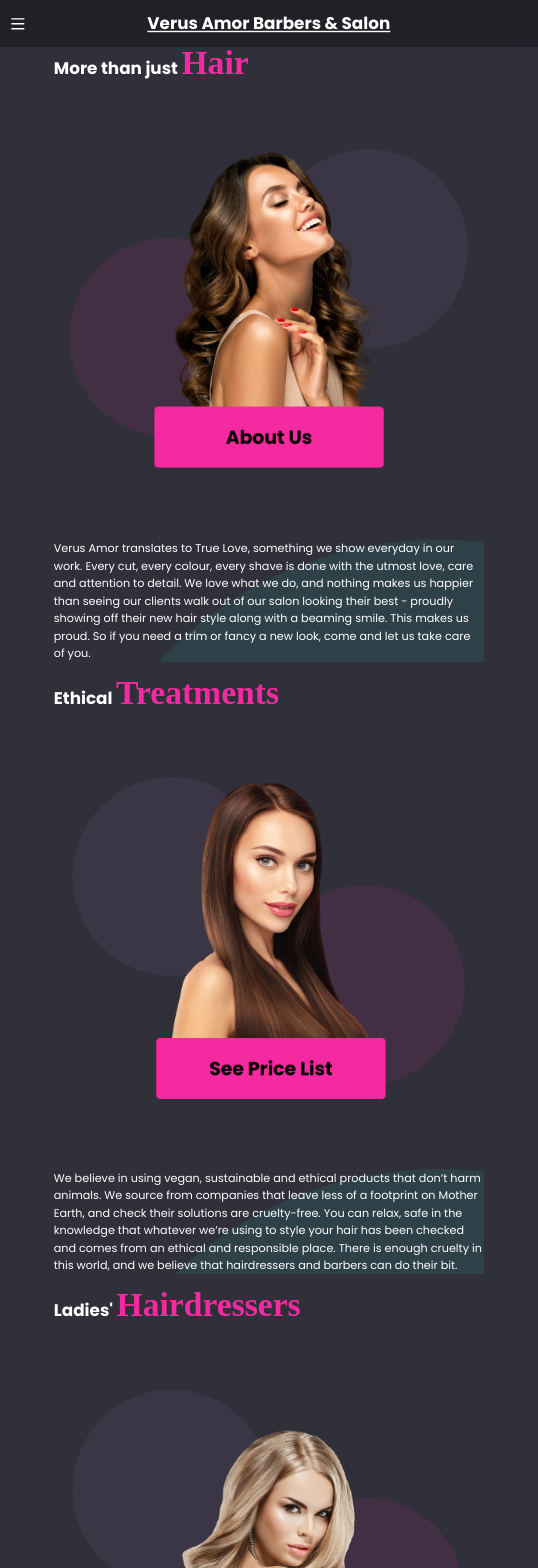
Repository: Troy-Bolt/verustroy-
Page: index.html
An editor plug-in stored every save of this project. The page is shown before and after the next save, followed by the edit.
The browser window is 768 px wide. The pictures show the part of the page from y = 0 to 2240 px (the page is 8839 px tall before and 6437 px after), at 70% of full size.
Backgrounds fixed to the window are drawn as part of the page. Some web fonts or font styles are not loaded; a fallback is used.

Above is the page before, as saved 2022-04-27 08:57:42.

### index.html
<!DOCTYPE html>
<html lang="en">

<head>
    <meta charset="UTF-8">
    <meta http-equiv="X-UA-Compatible" content="IE=edge">
    <meta name="viewport" content="width=device-width, initial-scale=1.0">
    <title>Verus Amor</title>
    <link rel="stylesheet" href="/CSS/style.css">
    <script defer src="navbar.js"></script>
    <link href="https://fonts.googleapis.com/icon?family=Material+Icons" rel="stylesheet">
</head>

<body>
    <header>
        <h1 class="logo"><a class="current" href="/index.html" class="homepage-link">Verus Amor Barbers & Salon</a></h1>
        <input type="checkbox" name="" id="nav-toggle" class="nav-toggle">
        <nav>
            <ul class="size">
                <li><a href="/treatments.html">Treatments & Prices</a></li>
                <li><a href="/team.html">Team & Salon</a></li>
                <li><a href="/contact.html">Contact Us</a></li>
            </ul>
        </nav>
        <label for="nav-toggle" class="nav-toggle-label">
            <span></span>
        </label>
    </header>
    <div class="container">
        <h1 id="top-space">More than just <span>Hair</span></h1>

        <div class="row">

           <a class="colb" href=""><img src="img/AboutUs.png" alt="" class="col"></a>
            <p class="test text col">Verus Amor translates to True Love, something we show everyday in our work. Every
                cut,
                every colour, every shave is done with the utmost love, care and attention to detail. We love what we
                do,
                and nothing makes us happier than seeing our clients walk out of our salon looking their best - proudly
                showing off their new hair style along with a beaming smile. This makes us proud. So if you need a trim
                or
                fancy a new look, come and let us take care of you.</p>
        </div>

        <h1>Ethical <span>Treatments</span></h1>
        <div class="row">

            <img src="img/EthTreatments.png" alt="">
            <p class="test text col left-side">We believe in using vegan, sustainable and ethical products that don’t harm
                animals. We
                source from companies that leave less of a footprint on Mother Earth, and check their solutions are
                cruelty-free. You can relax, safe in the knowledge that whatever we’re using to style your hair has been
                checked and comes from an ethical and responsible place. There is enough cruelty in this world, and we
                believe that hairdressers and barbers can do their bit.</p>
        </div>
        <h1>Ladies' <span>Hairdressers</span></h1>
        <div class="row">
            <img src="img/MeetDonna.png" alt="">
            <p class="test text col">
                Donna has over two decades of experience cutting, colouring & styling ladies’ hair, with qualifications,
                accreditations & certifications covering everything from the basics of styling to more complex
                treatments. Skilled in blended ombré style & free-hand painted balayage colour techniques, & certified
                for OLAPLEX bond-building technology, this senior stylist is highly skilled in modern and traditional
                hairdressing, offering bespoke service to each client.
            </p>
        </div>
        <h1>Gents' <span>Barber</span></h1>
        <div class="row">
            <img src="img/MeetCarl.png" alt="">
            <p class="test text col">
                Master Barber Carl has been crafting fresh, stylish looks for men since before the millennium, & has a
                wealth of experience to help his clients in the barber’s chair. Beards, nasal hair, eyebrows, sideburns,
                modern, classic & traditional hairstyles - whatever the hair, he’ll help you make the most of it &
                ensure you leave feeling like a new man. His purpose in life is to make men look & feel great, and there
                isn’t a style or technique he hasn’t mastered.
            </p>
        </div>
        <h1>Booking <span>Appointments</span></h1>
        <div class="row">
            <img src="img/ContactUs.png" alt="">
            <p class="test text col">
                We recommend booking appointments in advance, but we also welcome walk-ins. If you like to have your
                hair done regularly and prefer a certain day of the month then we can make you a regular appointment. If
                you don’t mind sitting in our waiting area while we take care of someone’s hair style, you can enjoy
                watching us do what we do best while sitting in our waiting area, enjoy looking through styling
                magazines or join-in with the conversation.
            </p>
        </div>
        <h1>Special <span>Offers</span></h1>
        <div class="row">
            <img src="img/OurOffers.png" alt="">
            <p class="test text col">
                We hope our service and the quality of our cuts and styling are enough to keep you coming back for more,
                but we also like to reward your loyalty, so we run a generous loyalty scheme. We also recognise that
                senior citizens have earned the right to some friendly pricing, while children generally have smaller
                heads and parents have limited budgets, so we provide special prices for children under 12, plus those
                lucky enough to be enjoying their pension.
            </p>
        </div>
        <h1>Specialist <span>Products</span></h1>
        <div class="row">
            <img src="img/Services&Prices.png" alt="">
            <p class="test text col">
                Experience teaches us that using premium products doesn’t have to cost a fortune, but makes a big
                difference to the quality and the desired outcome, so we source the very best products to help us do our
                job properly, and make you look amazing. We are accredited and trained on some of the world’s most
                exciting brands, including OLAPLEX, PULP RIOT and FUDGE. We use these products on you in the salon &
                barbers, also offering them to clients.
            </p>
        </div>
    </div>
    <div class="container">
        <img src="img/ProductBanner.png" alt="" class="full-width">
        <div class="full-width reviews">
            <div class="tests">
                <h1>Our <span>Reviews</span></h1>
            </div>
        </div>
        <div class="carousel">
            <div class="slider">
                <section class="test-1">Always a friendly, professional experience with good advice and prices</section>
                <section class="test-1">Great cut, priced reasonably and lovely people</section>
                <section class="test-1">my wife used the salon  & is very pleased with results</section>
                <section class="test-1">Very nice couple</section>
            </div>
            <div class="control">
                <span class="arrow left">
                    <i class="material-icons">
                        keyboard_arrow_left
                    </i>
                </span>
                <span class="arrow right">
                    <i class="material-icons">
                        keyboard_arrow_right
                    </i>
                </span>
                <ul>
                    <li class="selected"></li>
                    <li></li>
                    <li></li>
                    <li></li>
                </ul>
            </div>
        </div>
    </div>
    <div class="container">
        <h1>Get <span>Directions</span></h1>
        <div class="row">
            <img src="img/FindUs.png" alt="">
            <p class="test text col">
                Experience teaches us that using premium products doesn’t have to cost a fortune, but makes a big
                difference to the quality and the desired outcome, so we source the very best products to help us do our
                job properly, and make you look amazing. We are accredited and trained on some of the world’s most
                exciting brands, including OLAPLEX, PULP RIOT and FUDGE. We use these products on you in the salon &
                barbers, also offering them to clients.
            </p>
        </div>
    </div>
    <iframe
        src="https://www.google.com/maps/embed?pb=!1m14!1m8!1m3!1d2412.6754060766534!2d0.735687!3d52.792161!3m2!1i1024!2i768!4f13.1!3m3!1m2!1s0x0%3A0xb57b11c6038ff279!2sVerus%20Amor%20Barbers%20%26%20Ladies%20Salon!5e0!3m2!1sen!2suk!4v1649070369054!5m2!1sen!2suk"
        width="100%" height="600" style="border:0;" allowfullscreen="" loading="lazy"
        referrerpolicy="no-referrer-when-downgrade"></iframe>


    </div>

    <div class="footer">
    <div class="row">
        <div class="grid">
            <h1 class="grid-main">.</h1>
        </div>
        <div class="gridA">

            <span class="foot">Twitter</span>
            <span class="foot">Facebook</span>

        </div>


   </div>


<div class="row">
    <div class="gridS"></div>
    <div class="gridB">
        <p>01328 633037</p>
        <p>Verus Amor Barbers & Ladies Salon</p>
        <p>The Kiptons, Blenheim Square, West Raynham, NR21 7PA</p>
    </div>
</div>
</body>
<script src="carousel.js"></script>

</html>

### CSS/style.css
@import url('https://fonts.googleapis.com/css2?family=Poppins:ital,wght@0,100;0,200;0,300;0,400;0,500;0,600;0,700;0,800;0,900;1,100;1,200;1,300;1,400;1,500;1,600;1,700;1,800;1,900&family=WindSong:wght@400;500&display=swap');


*, *::before, *::after {
    box-sizing: border-box;
}

/* html,body {
    width: 100%;
    height: 100%;
    padding: 0;
    overflow-x: hidden;
} */

body {
    margin: 0;
    background-color: #2F303A;
    color: #fff;
    font-family: Poppins;
}

#top-space {
    margin-top: 2.6em;
}

.container {
    width: 80%;
    max-width: 1400px;
    margin: 0 auto;
}

h1 {
    font-size: 1.5rem;
}

span {
    color: #F62AA0;
    font-size: 3rem;
}

.test {

    background-image: url('/img/HomePageTextBubble.png');

}


img {
    max-width: 100%;
    width: 50%;
    object-fit:scale-down;
}

.colb{
    max-width: 100%;
}
.text {
    align-self: center;
}

@media (min-width: 800px) {
    .row {
        display: flex;
        justify-content: space-between;
    }
}

@media (max-width: 800px) {
    img {
        width: 100%;
    }
}

span {
    font-family: 'WindSong', cursive;
}

.full-width {
    width: 100%;
}

.footer {
    /* background-image: url('/img/Footer.png'); */
    width: 100%;
    background-size: contain;
    background-repeat: no-repeat ;
    /* padding-top: 2.5em; */
    /* padding: 2.5em; */
}

@import url('https://fonts.googleapis.com/icon?family=Material+Icons');

.carousel {
    height: 600px;
    overflow: hidden;
    position: relative;
    border-radius: 5px;
    box-shadow: 0 0 4px rgba(0, 0, 0, 0.2), 0 4px 10px rgba(0, 0, 0, 0.1);
  }
  .slider {
    display: flex;
    height: 100%;
    width: 400%;
  }
  .slider section {
    flex-basis: 100%;
    justify-content: center;
    align-items: center;
    display: flex;
    font-size: 20px;
  }
  .left, .right {
    position: absolute;
    top: 50%;
    transform: translateY(-50%);
    cursor: pointer;
  }
  .arrow i {
    font-size: 70px;
    -webkit-user-select: none;
    color: #CDCDCD;
  }
  .left {
    left: 10px;
  }
  .right {
    right: 10px;
  }
  .control ul {
    list-style: none;
    display: flex;
    position: absolute;
    bottom: 0;
    left: 50%;
    margin: 0;
    padding: 0;
    transform: translate(-50%);
  }
  .control ul li {
    width: 10px;
    height: 10px;
    background: #333;
    border: 2px solid #333;
    border-radius: 50px;
    margin: 10px;
    cursor: pointer;

  }
  .control ul li.selected {
    background: transparent;
  }

  .test-1 {
      background-image: url(../img/Choosing-1.png);
      background-repeat: no-repeat;
      background-attachment: fixed;
      background-size: cover;
  }


@media (max-width: 600px) {
    .test-1{
        padding-left:4rem;
        padding-right:2rem;
    }

    .test-2{
        padding-left:4rem;
        padding-right:2rem;
    }
}




.reviews h1 {
    margin: 0;
}


/* nav */

.logo {
    font-size: 1.5rem;
    }

    header {
        background: #202027;
        text-align: center;
        position: fixed;
        z-index: 999;
        width: 100%;
        top: 0;
    }

    .nav-toggle {
        display: none;
    }

    .nav-toggle-label {
        position: absolute;
        top: 0;
        left: 0;
        margin-left: 1em;
        height: 100%;
        display: flex;
        align-items: center;
    }

    .nav-toggle-label span,
    .nav-toggle-label span::before,
    .nav-toggle-label span::after {
        display: block;
        background: #fff;
        height: 2px;
        width: 0.4em;
        border-radius: 2px;
        position: relative;
    }

    .nav-toggle-label span::before,
    .nav-toggle-label span::after {
        content: '';
        position: absolute;
    }

    .nav-toggle-label span::before {
        bottom: 7px;
    }
    .nav-toggle-label span::after {
        top: 7px;
    }

    nav {
        position: absolute;
        text-align: left;
        top: 100%;
        left: 0;
        background: #202027;
        width: 100%;
        transform: scale(1, 0);
        transform-origin: top;
        transition: transform 400ms ease-in-out;
    }

    nav ul {
        margin: 0;
        padding: 0;
        list-style: none;
    }

    nav li {
        margin-bottom: 1em;
        margin-left: 1em;
    }

    nav a {
        color: white;
        text-decoration: none;
        font-size: 1rem;
        opacity: 0;
        transition: opacity 150ms ease-in-out;
    }

    nav a:hover {
    color: gold;
    }

    .current {
        color: #fff;
    }

    li a:is(:link,:active).active {
        background-color: #443144;
        padding: 1.5rem;
        color: #443144;
    }
    a:is(:link,:active).active {
        color: gold;
    }

    nav:visited{
        text-decoration: none;
    }

    .nav-toggle:checked ~ nav{
    transform: scale(1, 1);
    }

    .nav-toggle:checked ~ nav a {
        opacity: 1;
        transition: opacity 250ms ease-in-out 250ms;
    }

    @media screen and (min-width: 1000px) {
        .nav-toggle-label {
            display: none;
        }
        header {
            display: grid;
            grid-template-columns: 1fr auto minmax(600px, 3fr) 1fr;
        }
        .logo {
            grid-column: 2 / 3;
        }
        nav {
            all: unset;
            grid-column: 3 / 4;
            display: flex;
            justify-content: flex-end;
            align-items: center;
        }
        nav a {
            opacity: 1;
            position: relative;
        }
        nav a::before {
            content: ' ';
            display: block;
            height: 5px;
            background: #DFAF1F;
            position: absolute;
            top: -.75em;
            left: 0;
            right: 0;
            transform: scale(0, 1);
            transition: transform ease-in-out 250ms;
        }
        nav a:hover::before {
            transform: scale(1, 1);
        }
        nav ul {
            display: flex;
            justify-content: flex-end;
        }
        nav li {
            margin-left: 3em;
            margin-bottom: 0;
        }
    }

    @media (min-width: 1900px) {
    .logo {
        font-size: 3rem;
    }
    nav a {
        font-size: 1.5rem;
    }
}

    /* @media (min-width: 0px) {
        p { font-size: 1rem; }
        h4 { font-size: 1.5rem; }
        h3 { font-size: 2rem; }
        h2 {font-size: 2.5rem}
        h1 {font-size: 3rem}
        span { font-size: 5rem}
      }

      @media (min-width: 400px) {
        p { font-size: calc(1rem + 1vw); }
        h4 { font-size: calc(1.5rem + 1vw);}
        h3 { font-size: calc(2rem + 1vw);}
        h2 { font-size: calc(2.5rem + 1vw);}
        h1 { font-size: calc(3rem + 1vw);}
        span { font-size: calc(5rem + 1vw);}
      }

      @media (min-width: 1001px){
        p { font-size: 1.75rem; }
        h4 { font-size: 1.75; }
        h3 {font-size: 2.75rem;}
        h2 { font-size: 3.75rem;}
        h1 {font-size: 4.25rem;}
        span {font-size: 6.25rem;}
      } */


      .img-centered {
          width: 100%;
      }

      .space {
          margin-bottom: 4em;
      }

      .pink-text {
          font-size:6rem;
      }

      .footer-layout {
          display: grid;
          grid-auto-rows: repeat(3, 1fr);

      }

      .footer{
        background-image: url('/img/Footer.png');
        width: 100%;
        background-size: cover;
      }

   @media(max-width:400px){
       .footer{
        background-image: url('/img/Footer.png');
        width: 100%;
        background-size: contain;
       }
   }

      .foot{
          padding-left: 1.5rem;
          font-family: "poppins";
          color: white;
            font-size: 1.5rem;





      }


   .grid-main{
       font-size:2.5rem;
      padding-left: 4.5rem;
      margin-top: 6rem;




   }
   @media (max-width: 750px){
         .grid-main{
              font-size:1.5rem;
         }

   }

   /* .grid{
       width: 70%;
         float:left;

   }

   .gridA{
       width: 30%;
         float:left;

   } */

  .gridA{

  }


            @media screen and (min-width: 1000px) {
.gridA{
    width: 25%;
    float:left;
    /* padding-top: 2.5rem; */


}
          }



          .gridB{

        }


                  @media screen and (min-width: 1000px) {
      .gridB{
          width: 50%;
          float:left;
          padding-top: 2.5rem;
          text-align: right;
          padding-right: 6.5rem;


      }
                }

### navbar.js
const activePage = window.location.pathname;
// console.log(activePage);

const navLinks = document.querySelectorAll('nav a').
forEach(link => {
    console.log(link.href);
    if(link.href.includes(`${activePage}`)){

        link.classList.add('active');
    }
})

### carousel.js
const left = document.querySelector('.left');
const right = document.querySelector('.right');

const slider = document.querySelector('.slider');

const indicatorParent = document.querySelector('.control ul');
const indicators = document.querySelectorAll('.control li');
index = 0;

indicators.forEach((indicator, i) => {
  indicator.addEventListener('click', () => {
    document.querySelector('.control .selected').classList.remove('selected');
    indicator.classList.add('selected');
    slider.style.transform = 'translateX(' + (i) * -25 + '%)';
    index = i;

  });
});

left.addEventListener('click', function() {
  index = (index > 0) ? index -1 : 0;
  document.querySelector('.control .selected').classList.remove('selected');
  indicatorParent.children[index].classList.add('selected');
  slider.style.transform = 'translateX(' + (index) * -25 + '%)';
});

right.addEventListener('click', function() {
  index = (index < 4 - 1) ? index+1 : 3;
  document.querySelector('.control .selected').classList.remove('selected');
  indicatorParent.children[index].classList.add('selected');
  slider.style.transform = 'translateX(' + (index) * -25 + '%)';
});

After the next save:
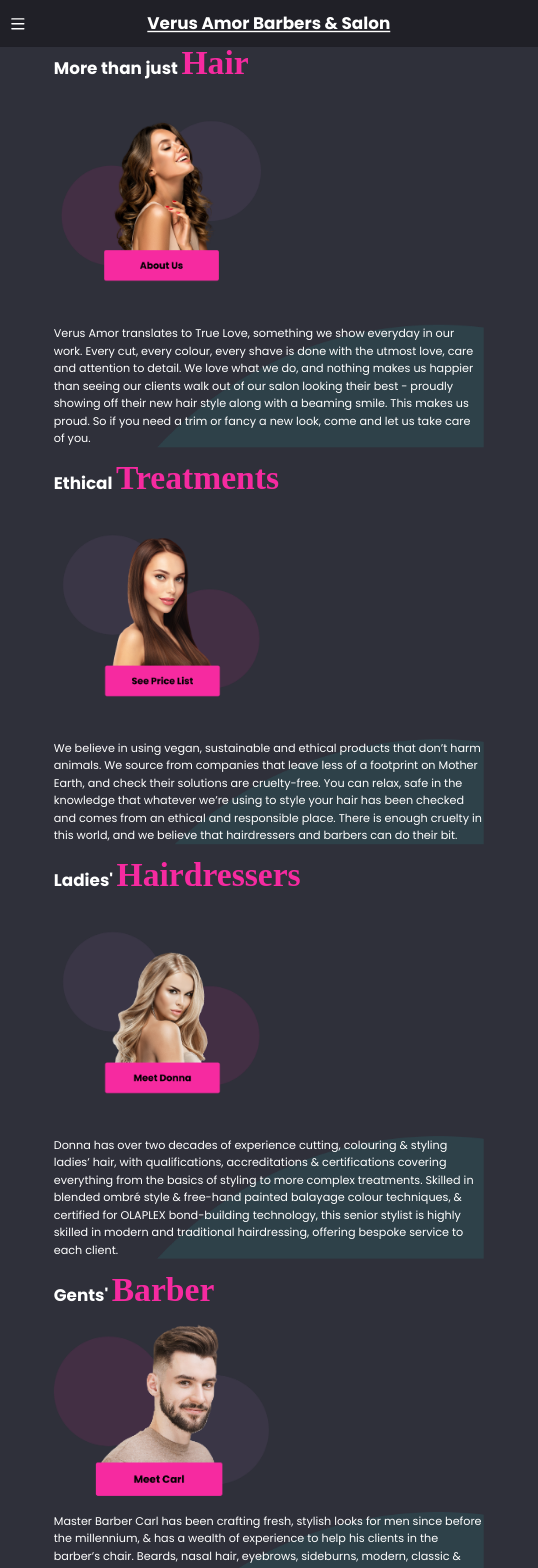
Saved 49 s later.
--- a/CSS/style.css
+++ b/CSS/style.css
@@ -51,9 +51,7 @@
     object-fit:scale-down;
 }
 
-.colb{
-    max-width: 100%;
-}
+
 .text {
     align-self: center;
 }
@@ -67,7 +65,7 @@
 
 @media (max-width: 800px) {
     img {
-        width: 100%;
+        max-width: 100%;
     }
 }
 

After the 2 saves that followed:
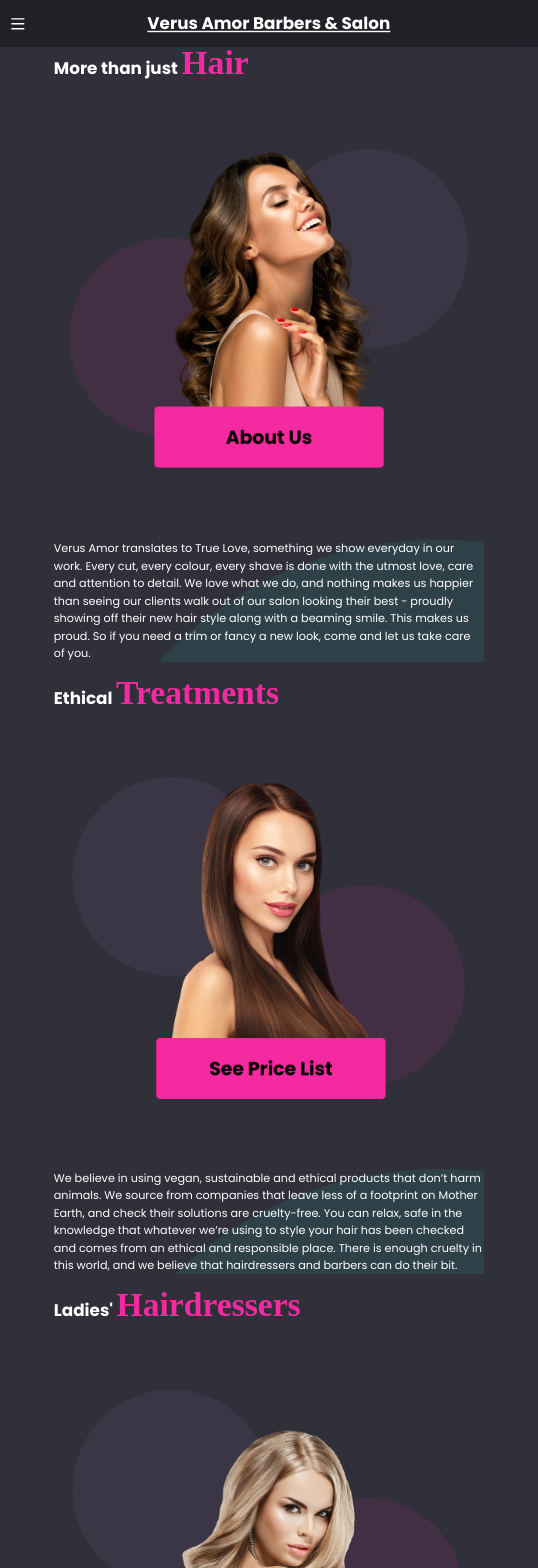
The 2 saves are shown as one change because 1 left the picture as it was.
The last was saved 25 s later.
--- a/CSS/style.css
+++ b/CSS/style.css
@@ -65,7 +65,7 @@
 
 @media (max-width: 800px) {
     img {
-        max-width: 100%;
+        width: 100%;
     }
 }
 
